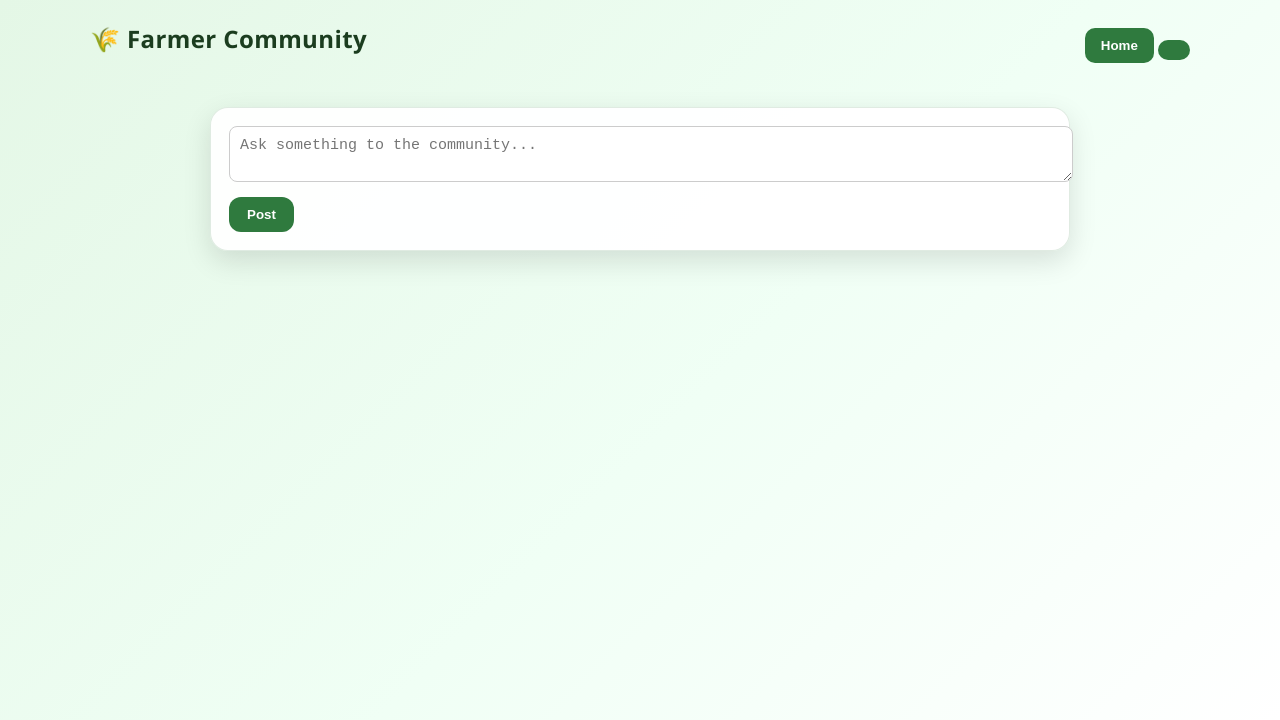
Repository: Desterhub/Agrogyanchatgpt
Page: agrogyan-gpt-main/frontend/community.html
The author's editor kept a copy of each file at every save. The page is drawn from the files as they stood at one save, then again after the next save.
The browser window is 1280 px wide. The pictures show the whole page.

Above is the page before, as saved 2026-03-11 23:04:02.
Console error: TypeError: Cannot read properties of null (reading 'style')

### agrogyan-gpt-main/frontend/community.html
<!DOCTYPE html>
<html>

<head>
<title>Farmer Community</title>

<link rel="stylesheet" href="style.css">

<style>
    /* Community page tweaks (extends base styles in style.css) */
    .community-container {
        max-width: 860px;
        margin: 26px auto 64px;
        padding: 0 16px;
    }

    .post-box {
        transition: transform 0.2s ease, box-shadow 0.2s ease;
    }

    .post-box:hover {
        transform: translateY(-2px);
        box-shadow: 0 10px 28px rgba(0, 0, 0, 0.14);
    }

    .post-card {
        background: rgba(255, 255, 255, 0.95);
        padding: 18px;
        border-radius: 18px;
        margin-bottom: 18px;
        box-shadow: 0 10px 26px rgba(0, 0, 0, 0.1);
        border: 1px solid rgba(47, 122, 62, 0.12);
        transition: transform 0.2s ease, box-shadow 0.2s ease, opacity 0.2s ease;
        opacity: 0;
        animation: fadeInUp 0.34s forwards;
    }

    .post-card:hover {
        transform: translateY(-3px);
        box-shadow: 0 14px 34px rgba(0, 0, 0, 0.15);
    }

    .post-header {
        display: flex;
        justify-content: space-between;
        align-items: flex-start;
        gap: 14px;
    }

    .post-meta {
        font-size: 13px;
        color: #536e55;
        white-space: nowrap;
    }

    .post-actions {
        display: flex;
        gap: 10px;
        flex-wrap: wrap;
        margin-top: 16px;
    }

    .post-actions button {
        background: rgba(47, 122, 62, 0.1);
        border: 1px solid rgba(47, 122, 62, 0.25);
        color: #2f7a3e;
        padding: 8px 14px;
        border-radius: 12px;
        cursor: pointer;
        transition: background 0.2s ease, transform 0.2s ease;
    }

    .post-actions button:hover {
        background: rgba(47, 122, 62, 0.18);
        transform: translateY(-1px);
    }

    .comment {
        background: rgba(47, 122, 62, 0.08);
        border: 1px solid rgba(47, 122, 62, 0.12);
        padding: 10px 12px;
        border-radius: 12px;
        margin-top: 10px;
    }

    @keyframes fadeInUp {
        from {
            opacity: 0;
            transform: translateY(12px);
        }
        to {
            opacity: 1;
            transform: translateY(0);
        }
    }

    @media (max-width: 640px) {
        .top-bar {
            flex-wrap: wrap;
            gap: 10px;
            justify-content: center;
        }

        .top-actions {
            width: 100%;
            justify-content: center;
        }

        .community-container {
            padding: 0 14px;
        }

        .post-card {
            padding: 14px;
        }

        .post-actions {
            flex-direction: column;
            align-items: stretch;
        }

        .post-actions button {
            width: 100%;
        }
    }
</style>
</head>


<body>

<header class="top-bar">
    <div class="brand-left">
        🌾 Farmer Community
        <div id="welcomeUser" class="welcome-text"></div>
    </div>

    <div class="top-actions">
        <button class="nav-btn" onclick="goHome()">Home</button>
        <button id="authButton" class="nav-btn"></button>
    </div>
</header>


<main class="community-container">

    <section class="post-box">
        <textarea id="postContent" placeholder="Ask something to the community..."></textarea>
        <button class="primary-btn" onclick="createPost()">Post</button>
    </section>

    <div id="postsContainer"></div>

</main>


<script>

const API="http://127.0.0.1:8000";


async function createPost(){

let content=document.getElementById("postContent").value;

if(content.trim()==""){
alert("Write something first");
return;
}

await fetch(API+"/community/create-post",{
method:"POST",
headers:{
"Content-Type":"application/json"
},
body:JSON.stringify({
content:content,
user_id:1
})
});

document.getElementById("postContent").value="";

loadPosts();

}


async function loadPosts(){

let res=await fetch(API+"/community/posts");

let posts=await res.json();

let container=document.getElementById("postsContainer");

container.innerHTML="";

for(let post of posts){

let commentRes=await fetch(API+"/community/comments/"+post.id);
let comments=await commentRes.json();

let postDiv=document.createElement("div");

postDiv.className="post";

postDiv.innerHTML=`

<p>${post.content}</p>

<div class="timestamp">
${new Date(post.timestamp).toLocaleString()}
</div>

<div class="actions">

<button onclick="likePost(${post.id})">
👍 ${post.likes || 0}
</button>

<button onclick="dislikePost(${post.id})">
👎 ${post.dislikes || 0}
</button>

</div>

<div>

<input type="text" id="comment-${post.id}" placeholder="Write reply">

<button onclick="addComment(${post.id})">
Reply
</button>

</div>

<div id="comments-${post.id}">
${comments.map(c=>`<div class="comment">${c.text}</div>`).join("")}
</div>

`;

container.appendChild(postDiv);

}

}



async function likePost(id){

await fetch(API+"/community/like/"+id,{
method:"POST"
});

loadPosts();
}


async function dislikePost(id){

await fetch(API+"/community/dislike/"+id,{
method:"POST"
});

loadPosts();
}


async function addComment(id){

let text=document.getElementById("comment-"+id).value;

if(text.trim()=="") return;

await fetch(API+"/community/comment",{
method:"POST",
headers:{
"Content-Type":"application/json"
},
body:JSON.stringify({
post_id:id,
text:text
})
});

loadPosts();
}

function updateAuthButtons() {
    const user = localStorage.getItem("user");
    const loginBtn = document.getElementById("loginBtn");
    const logoutBtn = document.getElementById("logoutBtn");

    if (user) {
        loginBtn.style.display = "none";
        logoutBtn.style.display = "inline-block";
    } else {
        loginBtn.style.display = "inline-block";
        logoutBtn.style.display = "none";
    }
}

function goHome() {
    window.location.href = "index.html";
}

function goLogin() {
    window.location.href = "login.html";
}

function logoff() {
    localStorage.removeItem("user");
    window.location.href = "login.html";
}

updateAuthButtons();
loadPosts();

</script>

</body>
</html>

### agrogyan-gpt-main/frontend/style.css
body {
    margin: 0;
    font-family: 'Segoe UI', Arial, sans-serif;
    background: linear-gradient(135deg, #e4f7e6 0%, #f0fff5 55%, #ffffff 100%);
    min-height: 100vh;
    color: #1b3d1f;
}

.top-bar {
    width: 100%;
    max-width: 1100px;
    margin: 0 auto;
    padding: 18px 22px;
    display: flex;
    justify-content: space-between;
    align-items: center;
    gap: 18px;
}

.brand-left {
    font-size: 24px;
    font-weight: 800;
    letter-spacing: 0.4px;
}

.brand-left .welcome-text {
    font-size: 14px;
    margin-top: 4px;
    color: #2f7a3e;
}

.nav-btn {
    background: #2f7a3e;
    border: none;
    color: white;
    padding: 10px 16px;
    border-radius: 10px;
    cursor: pointer;
    font-weight: 600;
    transition: transform 0.15s ease, background 0.15s ease;
}

.nav-btn:hover {
    background: #256632;
    transform: translateY(-1px);
}

.primary-btn {
    background: #2f7a3e;
    border: none;
    color: white;
    padding: 10px 18px;
    border-radius: 12px;
    cursor: pointer;
    font-weight: 600;
    transition: transform 0.15s ease, background 0.15s ease;
}

.primary-btn:hover {
    background: #256632;
    transform: translateY(-1px);
}

.hero {
    max-width: 900px;
    margin: 18px auto 16px;
    text-align: center;
}

.hero .main-title {
    font-size: 46px;
    margin: 0;
    color: #1b3d1f;
}

.hero .subtitle {
    margin: 12px 0 4px;
    font-size: 18px;
    color: #2f7a3e;
}

.hero .subnote {
    font-size: 14px;
    color: #3a4f3a;
}

.chat-container {
    max-width: 850px;
    margin: 0 auto 52px;
    padding: 26px 22px;
    background: rgba(255,255,255,0.92);
    border-radius: 24px;
    box-shadow: 0 14px 34px rgba(0,0,0,0.12);
    border: 1px solid rgba(46,125,50,0.2);
}

.chat-container textarea {
    min-height: 160px;
    font-size: 16px;
    resize: vertical;
}

.image-upload {
    display: flex;
    align-items: center;
    gap: 12px;
    margin-top: 12px;
}

.image-upload input {
    flex: 1;
    padding: 10px;
    border-radius: 10px;
    border: 1px solid rgba(0,0,0,0.15);
    font-size: 14px;
}

.icon-btn {
    background: #edf7ee;
    border: 1px solid rgba(46,125,50,0.2);
    border-radius: 12px;
    padding: 10px 14px;
    cursor: pointer;
    transition: background 0.15s ease;
}

.icon-btn:hover {
    background: #d4efd7;
}

.controls {
    display: flex;
    justify-content: space-between;
    align-items: center;
    gap: 14px;
    margin-top: 18px;
    flex-wrap: wrap;
}

.left-controls {
    display: flex;
    gap: 12px;
    align-items: center;
}

.right-controls select {
    padding: 10px 12px;
    border-radius: 10px;
    border: 1px solid rgba(0,0,0,0.15);
    background: white;
}

.answer-box {
    margin-top: 24px;
    background: rgba(230,250,236,0.8);
    border-left: 4px solid #2f7a3e;
    border-radius: 14px;
    padding: 18px 18px 16px;
}

.answer-box h3 {
    margin: 0 0 10px;
    color: #1b3d1f;
}

.answer-box p {
    margin: 4px 0;
    line-height: 1.55;
    color: #2b4a2c;
}

#confidence {
    font-size: 14px;
    color: #3a5840;
    margin-top: 10px;
}

.login-wrapper {
    display:flex;
    justify-content:center;
    align-items:center;
    height:100vh;
}

.login-card {
    background:#ffffff;
    padding:30px;
    border-radius:12px;
    box-shadow:0 4px 14px rgba(0,0,0,0.12);
    width:320px;
    text-align:center;
}

.login-card input {
    width:100%;
    padding:10px;
    margin:8px 0;
    border-radius:6px;
    border:1px solid #ccc;
    box-sizing:border-box;
}

.login-btn-green {
    width:100%;
    padding:10px;
    background:#2f7a3e;
    color:#fff;
    border:none;
    border-radius:6px;
    cursor:pointer;
    font-size:16px;
}

.login-switch {
    margin-top:14px;
    font-size:14px;
    color:#333;
}

.register-link {
    color:#2f7a3e;
    text-decoration:underline;
    cursor:pointer;
}

.container{
    width:600px;
    margin:auto;
}

h1{
    text-align:center;
    color:#2f7a3e;
}

.post-box{
    background: rgba(255, 255, 255, 0.95);
    padding: 18px;
    border-radius: 18px;
    box-shadow: 0 10px 28px rgba(0, 0, 0, 0.12);
    border: 1px solid rgba(47, 122, 62, 0.15);
    margin-bottom: 22px;
    transition: transform 0.2s ease, box-shadow 0.2s ease;
}

.post-box:hover {
    transform: translateY(-2px);
    box-shadow: 0 14px 34px rgba(0, 0, 0, 0.14);
}

textarea{
    width:100%;
    border-radius:8px;
    padding:10px;
    font-size:15px;
    border:1px solid #ccc;
}

button{
    margin-top:10px;
    padding:8px 18px;
    background:#2f7a3e;
    color:white;
    border:none;
    border-radius:6px;
    cursor:pointer;
}

button:hover{
    background:#256632;
}

.post-card{
    background: rgba(255, 255, 255, 0.95);
    padding: 18px;
    border-radius: 18px;
    margin-bottom: 18px;
    box-shadow: 0 10px 26px rgba(0, 0, 0, 0.1);
    border: 1px solid rgba(47, 122, 62, 0.12);
    transition: transform 0.2s ease, box-shadow 0.2s ease, opacity 0.2s ease;
    opacity: 1;
}

.post-card:hover {
    transform: translateY(-3px);
    box-shadow: 0 14px 34px rgba(0, 0, 0, 0.14);
}

.post-header{
    display:flex;
    justify-content:space-between;
    align-items:flex-start;
    gap:14px;
    margin-bottom:12px;
}

.post-meta{
    font-size:13px;
    color:#536e55;
    white-space:nowrap;
}

.post-content{
    font-size:15px;
    margin:0;
    color:#1b3d1f;
}

.post-actions{
    display:flex;
    gap:10px;
    flex-wrap:wrap;
    margin-top:14px;
}

.post-actions button{
    font-size:14px;
    color:#2f7a3e;
    cursor:pointer;
}

.comment {
    background: rgba(47, 122, 62, 0.08);
    border: 1px solid rgba(47, 122, 62, 0.12);
    padding: 10px 12px;
    border-radius: 12px;
    margin-top: 10px;
}

After the next save:
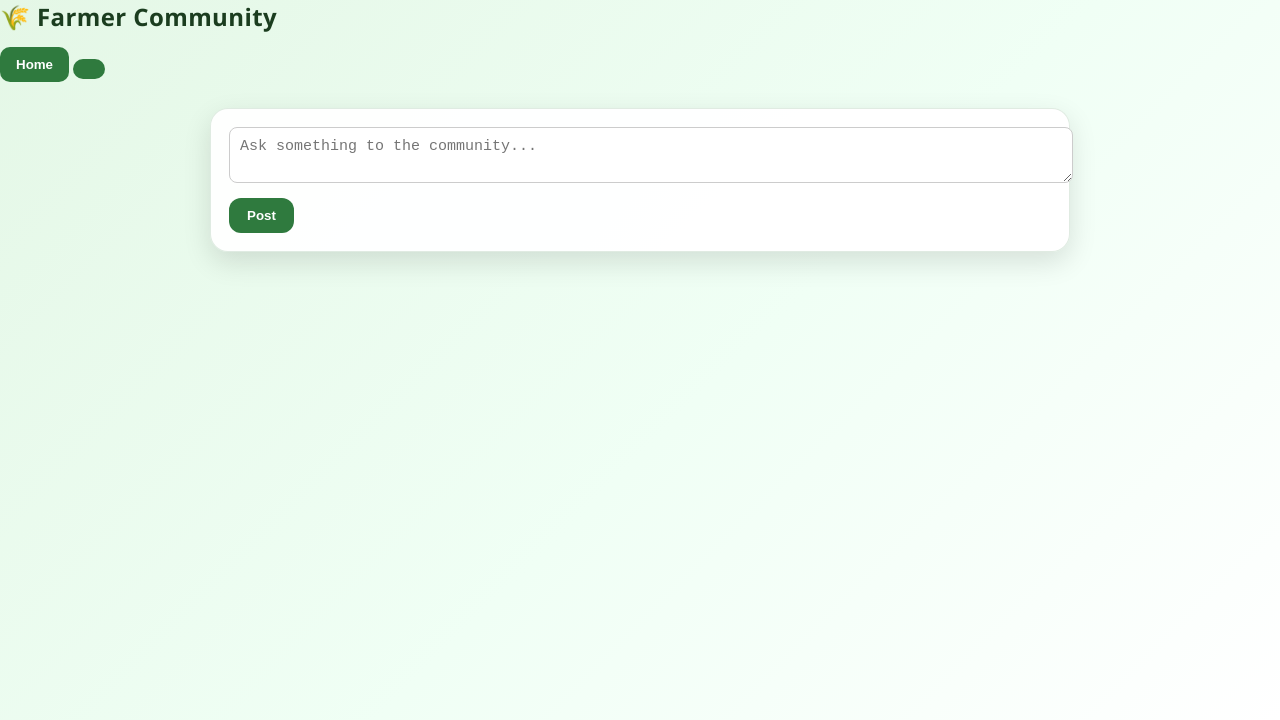
Saved 8 min 20 s later.
--- a/agrogyan-gpt-main/frontend/style.css
+++ b/agrogyan-gpt-main/frontend/style.css
@@ -6,7 +6,46 @@ body {
     color: #1b3d1f;
 }
 
-.top-bar {
+.welcome-overlay {
+    position: fixed;
+    inset: 0;
+    display: flex;
+    justify-content: center;
+    align-items: center;
+    background: rgba(255, 255, 255, 0.96);
+    z-index: 9999;
+    opacity: 1;
+    transition: opacity 0.45s ease;
+}
+
+.welcome-overlay.hidden {
+    opacity: 0;
+    pointer-events: none;
+}
+
+.welcome-card {
+    max-width: 420px;
+    padding: 30px 26px;
+    text-align: center;
+    border-radius: 20px;
+    background: rgba(47, 122, 62, 0.1);
+    box-shadow: 0 18px 40px rgba(31, 65, 38, 0.18);
+    border: 1px solid rgba(47, 122, 62, 0.2);
+}
+
+.welcome-card h1 {
+    margin: 0 0 10px;
+    font-size: 32px;
+    color: #1b3d1f;
+}
+
+.welcome-card p {
+    margin: 0;
+    font-size: 16px;
+    color: #2d4d38;
+}
+
+.top-bar = {
     width: 100%;
     max-width: 1100px;
     margin: 0 auto;
